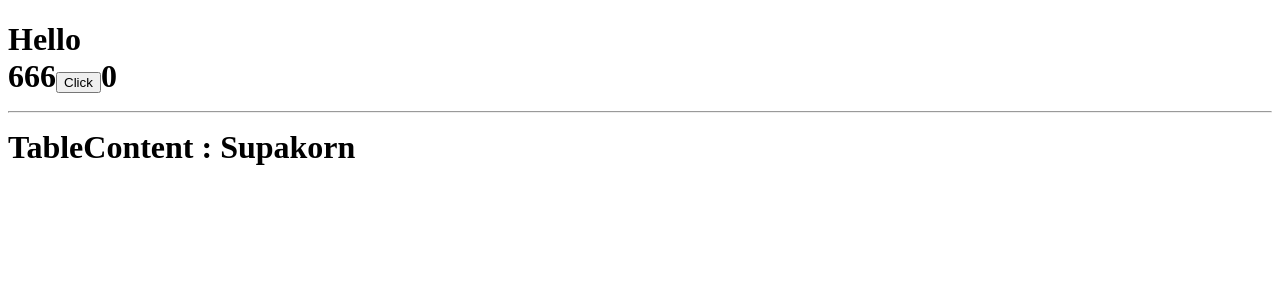
Repository: supakorn5039-boon/React-s
Page: /
An editor plug-in stored every save of this project. The page is shown before and after a run of saves, followed by the edit.
The browser window is 1280 px wide. The pictures show the whole page.
The project was rebuilt for these pictures with package versions that can differ from the ones it lists, and the page was loaded fresh each time. Also part of the build but not shown: vite.config.js.

Above is the page before, as saved 2024-01-09 08:51:49.

### src/App.jsx
import { useState } from "react";
import Navbar from "./components/Navbar";
import TableContent from "./components/TableContent";

export default function App() {
  const [data, setData] = useState("Supakorn");
  var name = "Boon";

  const handleShow = () => {
    console.log("Click");
  };

  return (
    <h1>
      Hello
      <Navbar text={name} handleShow={handleShow} setData={setData} />
      <hr />
      <TableContent data={data} />
    </h1>
  );
}

### src/components/Navbar.jsx
import { useState } from "react";

/* eslint-disable react/prop-types */
export default function Navbar({ setData }) {
  const [s, setS] = useState(0);

 const [show , setShow] = useState(false)
  const handleClick = () => {
    setS(s + 1);
  };

  return (
    <div>
      {s > 5 ? 555 : 666}

      <button onClick={() => handleClick()}>Click</button>
      {s}
    </div>
  );
}

### src/components/TableContent.jsx
export default function TableContent({ data }) {
  return <div>TableContent : {data}</div>;
}

Loaded but not shown: index.html (common file); src/main.jsx (common file)

After the next 4 saves:
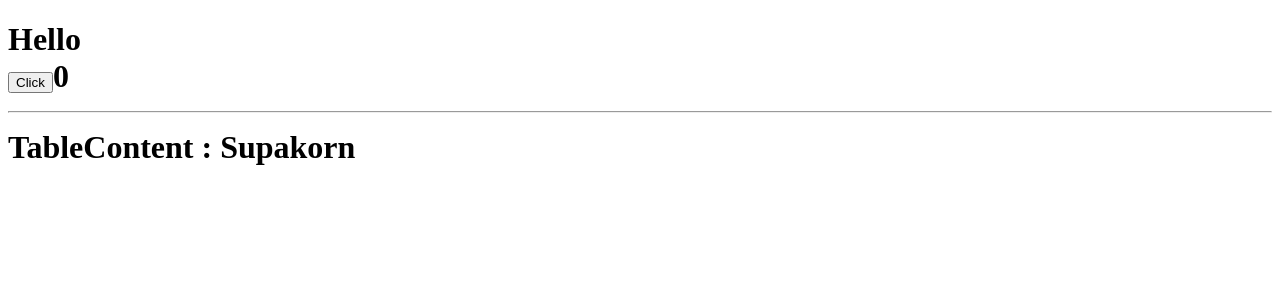
The 4 saves are shown as one change because they came seconds apart.
The last was saved 14 s later.
--- a/src/components/Navbar.jsx
+++ b/src/components/Navbar.jsx
@@ -4,14 +4,15 @@ import { useState } from "react";
 export default function Navbar({ setData }) {
   const [s, setS] = useState(0);
 
- const [show , setShow] = useState(false)
+  const [show, setShow] = useState(false);
   const handleClick = () => {
     setS(s + 1);
   };
 
   return (
     <div>
-      {s > 5 ? 555 : 666}
+
+
 
       <button onClick={() => handleClick()}>Click</button>
       {s}
